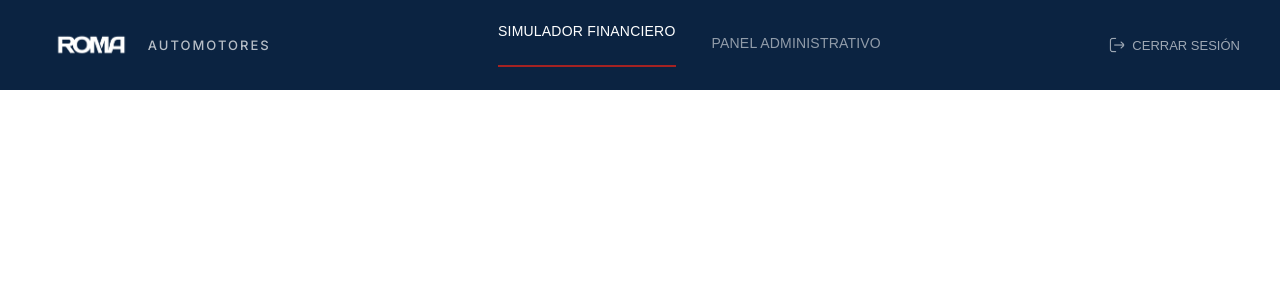
Repository: PPIII-9-012/Roma-System
Page: public/index.html
An editor plug-in stored every save of this project. The page is shown before and after the next save, followed by the edit.
The browser window is 1280 px wide. The pictures show the whole page.

Above is the page before, as saved 2026-08-22 12:32:38.

### public/index.html
<!DOCTYPE html>
<html lang="es">
<head>
    <meta charset="UTF-8">
    <meta name="viewport" content="width=device-width, initial-scale=1.0">
    <title>Simulador Financiero — Roma Automotores</title>
    <link rel="preconnect" href="https://fonts.googleapis.com">
    <link href="https://fonts.googleapis.com/css2?family=Inter:wght@400;500;600;700&display=swap" rel="stylesheet">
    <style>
        * {
            box-sizing: border-box;
            margin: 0;
            padding: 0;
        }
        body {
            font-family: 'Inter', system-ui, sans-serif;
        }
        .navbar {
            height: 90px;
            background: #0B2341;
            color: #FFFFFF;
            display: flex;
            align-items: center;
            justify-content: space-between;
            padding: 0 40px;
            position: sticky;
            top: 0;
            z-index: 50;
        }
        .navbar-left,
        .navbar-links,
        .navbar-logout {
            display: flex;
            align-items: center;
        }
        .navbar-left {
            gap: 14px;
        }
        .navbar-links {
            gap: 36px;
        }
        .navbar-logo {
            width: auto;
            height: 42px;
            display: block;
        }
        .navbar-brand {
            font-size: 13px;
            opacity: .7;
            letter-spacing: 2px;
            font-weight: 500;
        }
        .navbar-brand,
        .navbar-link,
        .navbar-logout {
            color: #FFFFFF;
        }
        .navbar-link {
            font-size: 14px;
            opacity: .55;
            text-decoration: none;
            padding-bottom: 4px;
            letter-spacing: .2px;
            transition: opacity .15s;
        }
        .navbar-link:hover {
            opacity: .85;
        }
        .navbar-link.active {
            opacity: 1;
            border-bottom: 2px solid #a52222;
            padding-bottom: 26px;
        }
        .navbar-logout {
            font-size: 13px;
            opacity: .6;
        }
        .navbar-logout:hover {
            opacity: 1;
        }
        .navbar-link,
        .navbar-logout {
            background: transparent;
            border: 0;
            cursor: pointer;
        }
        .navbar-logout {
            gap: 6px;
        }
        .logout-logo {
            width: auto;
            height: 18px;
            display: block;
        }

</style>
</head>
<body>
<div class="navbar">
    <div class="navbar-left">
        <img class="navbar-logo" src="logotiporoma.png" alt="Roma">
        <span class="navbar-brand">AUTOMOTORES</span>
    </div>
    <div class="navbar-links">
        <button class="navbar-link active" type="button">SIMULADOR FINANCIERO</button>
        <button class="navbar-link" type="button" id="panelAdmimBtn">PANEL ADMINISTRATIVO</button>
    </div>
    <button class="navbar-logout" type="button" id="logoutBtn">
        <img class="logout-logo" src="cerrarsesion.png" alt="">
        <span>CERRAR SESIÓN</span>
    </button>
</div>

<div class="app">
    <div class="main-col">

    </div>
</div>

</body>
</html>

After the next save:
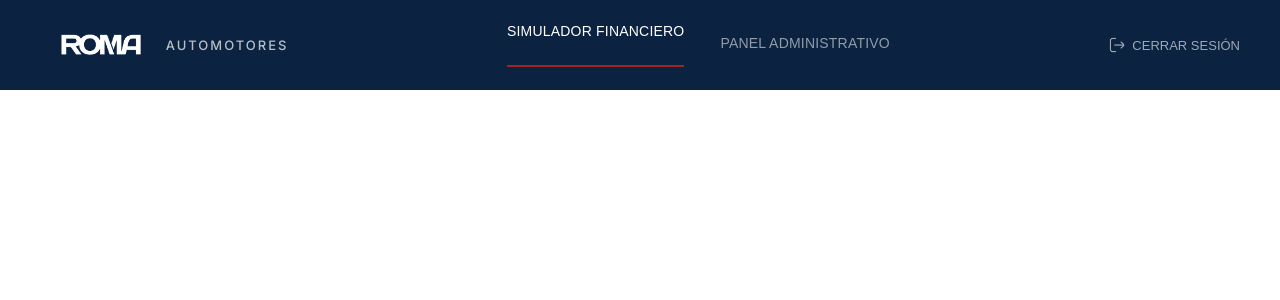
Saved 19 s later.
--- a/public/index.html
+++ b/public/index.html
@@ -41,7 +41,7 @@
         }
         .navbar-logo {
             width: auto;
-            height: 42px;
+            height: 50px;
             display: block;
         }
         .navbar-brand {
